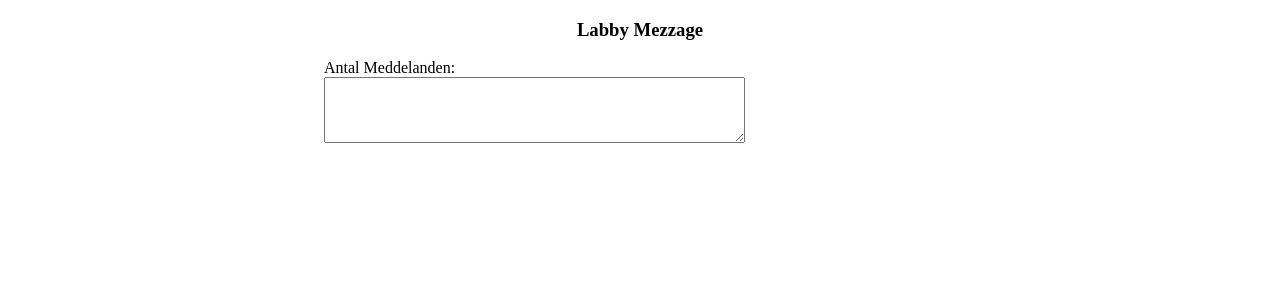
Repository: dg222dm/1dv403-laborationer
Page: 2-labbymezzage/index.html
The author's editor kept a record of every edit. The page is drawn from the files as they stood at one moment, then again after the next edit.
The browser window is 1280 px wide. The pictures show the whole page.

Above is the page before.

After the next edit:
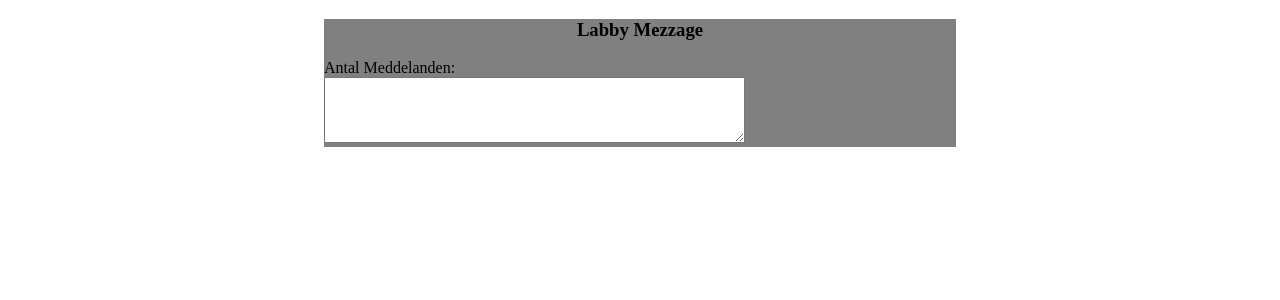
The edit:
--- a/2-labbymezzage/css/stylesheet.css
+++ b/2-labbymezzage/css/stylesheet.css
@@ -1,8 +1,10 @@
-main{
+main
+{
+    background-color: Gray;
     width:50%;
-    display: block;
-    margin-left: auto;
-    margin-right: auto;
+    display:block;
+    margin-left:auto;
+    margin-right:auto;
 }
 
 h3{

After the 2 edits that followed:
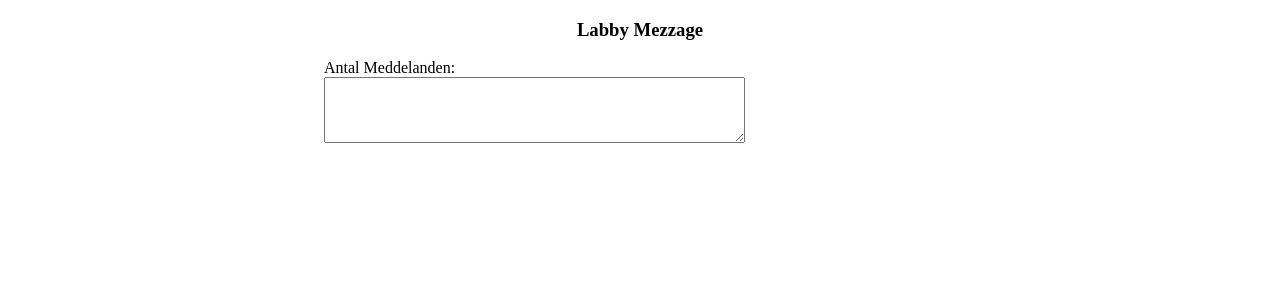
The 2 edits are shown as one change because 1 left the picture as it was.
The edit:
--- a/2-labbymezzage/css/stylesheet.css
+++ b/2-labbymezzage/css/stylesheet.css
@@ -1,6 +1,5 @@
 main
 {
-    background-color: Gray;
     width:50%;
     display:block;
     margin-left:auto;
